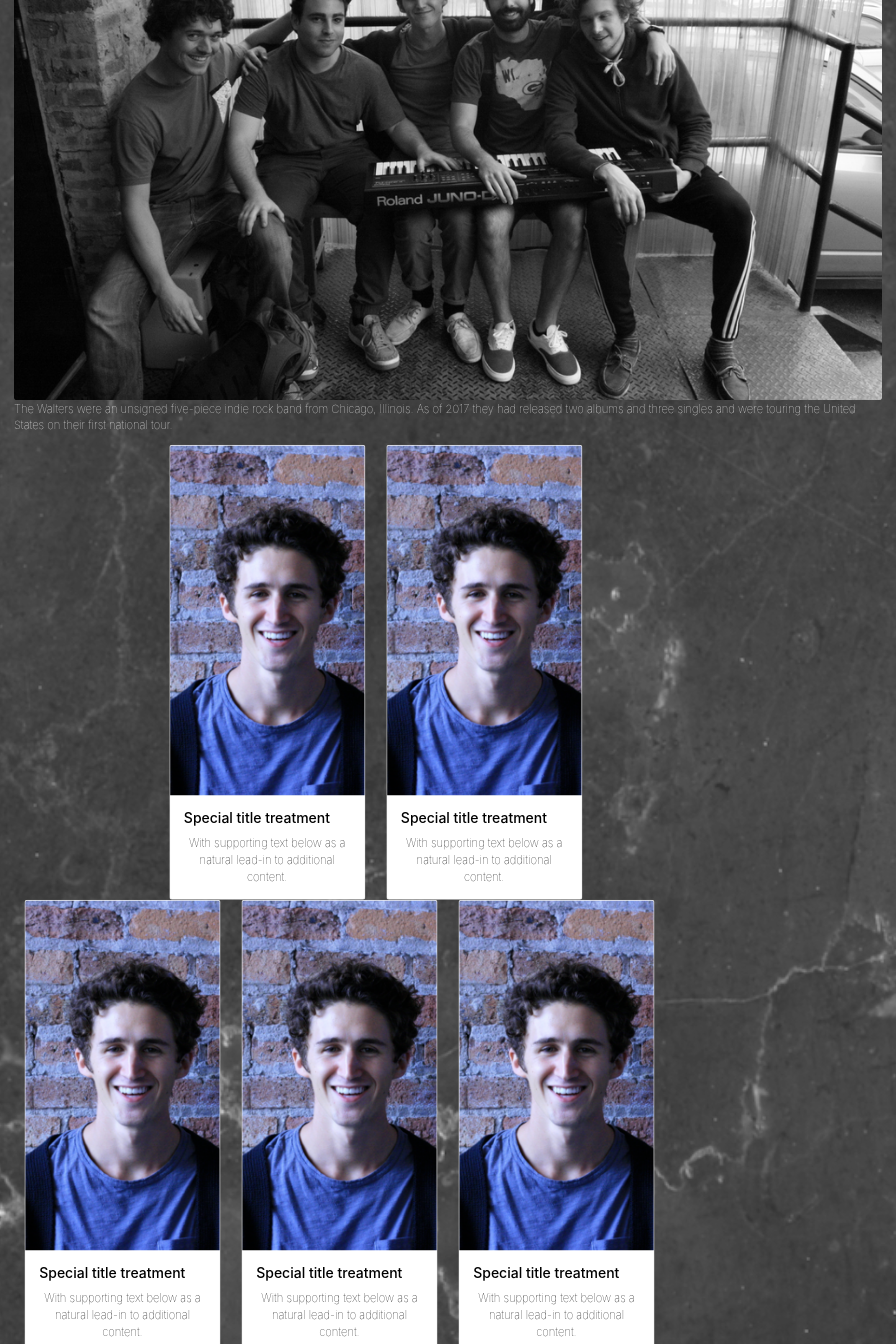
Repository: yucheng91/CIassignment1
Page: index.html
The author's editor kept a record of every edit. The page is drawn from the files as they stood at one moment, then again after the next edit.
The browser window is 1280 px wide. The pictures show the part of the page from y = 1318 to 3238 px (the page is 4493 px tall), at 70% of full size.

Above is the page before.

After the next edit:
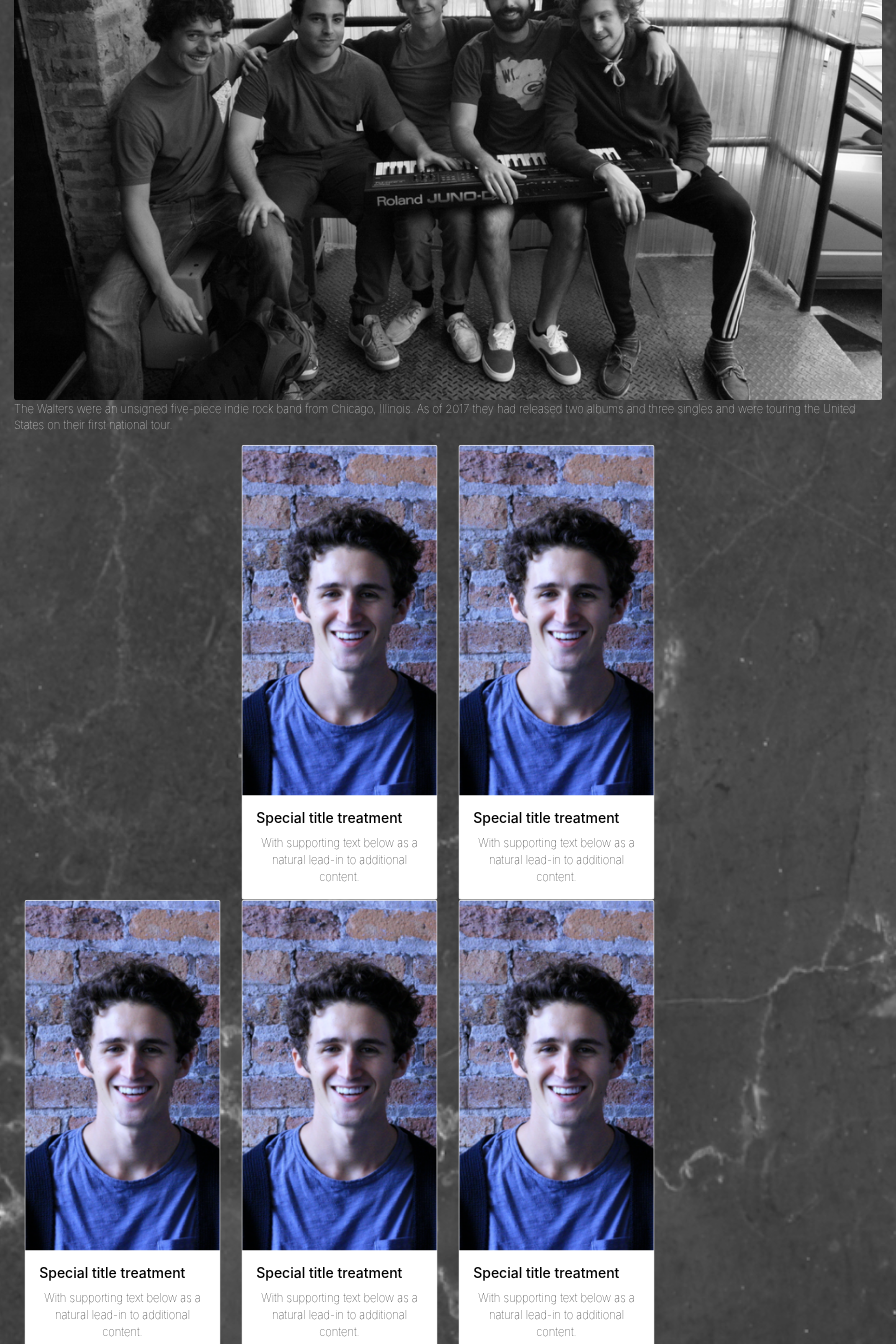
The edit:
--- a/index.html
+++ b/index.html
@@ -112,7 +112,7 @@
     <p>The Walters were an unsigned five-piece indie rock band from Chicago, Illinois. As of 2017 they had released two albums and three singles and were touring the United States on their first national tour.</p>
       <div class="container-fluid">
         <div class="row">
-          <div class="col-2"></div>
+          <div class="col-3"></div>
           <div class="col-12 col-md-3">
             <div class="card">
               <img class="card-img-top" src="images/LukeOlson.png" alt="Card image cap">
